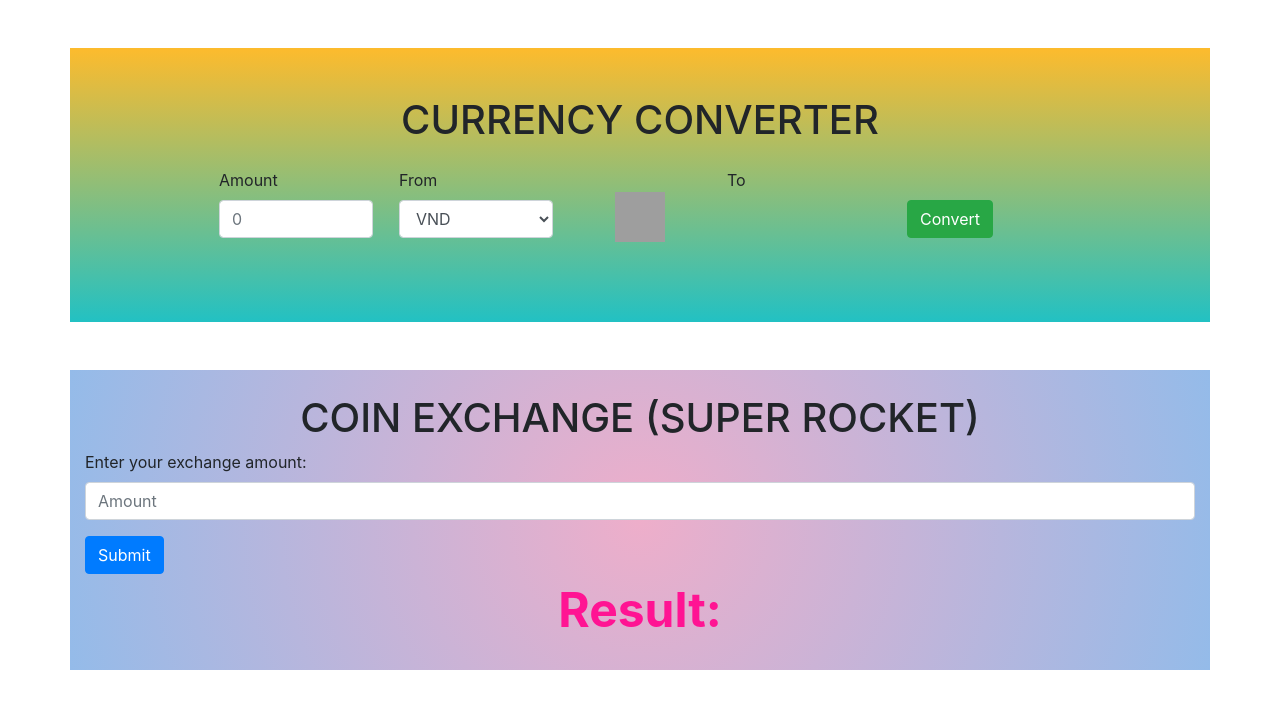
Repository: tts2610/MoneyConverter
Page: index.html
An editor plug-in stored every save of this project. The page is shown before and after the next save, followed by the edit.
The browser window is 1280 px wide. The pictures show the whole page.
Pictures or frames that could not be fetched are drawn as grey boxes.

Above is the page before, as saved 2020-05-12 15:01:56.

### index.html
<!DOCTYPE html>
<html lang="en">

<head>
    <meta charset="UTF-8">
    <meta name="viewport" content="width=device-width, initial-scale=1.0">
    <title>Document</title>
    <link rel="stylesheet" href="https://maxcdn.bootstrapcdn.com/bootstrap/4.4.1/css/bootstrap.min.css">

    <!-- jQuery library -->
    <script src="https://ajax.googleapis.com/ajax/libs/jquery/3.4.1/jquery.min.js"></script>

    <!-- Popper JS -->
    <script src="https://cdnjs.cloudflare.com/ajax/libs/popper.js/1.16.0/umd/popper.min.js"></script>

    <!-- Latest compiled JavaScript -->
    <script src="https://maxcdn.bootstrapcdn.com/bootstrap/4.4.1/js/bootstrap.min.js"></script>

</head>

<body>

    <form class="container my-5 px-5 py-5" style="
    background: rgb(34,193,195);
    background: linear-gradient(0deg, rgba(34,193,195,1) 0%, rgba(253,187,45,1) 100%);
">
        <h1 class="mx-auto" style="text-align: center;">CURRENCY CONVERTER</h1>
        <div class="form-row justify-content-md-center px-5 mx-5">
            <div class="col mt-3">
                <label>Amount</label>
                <input type="number" class="form-control" placeholder="0" id="amount" min="0">
            </div>
            <div class="col mt-3 ml-3">
                <label>From</label>
                <select class="form-control" id="fromCurrency">
            </select>
            </div>
            <div class="col mt-4 py-3" style="display: flex;justify-content: center; cursor: pointer;" onClick="swap()">
                <img src="https://cdn3.iconfinder.com/data/icons/basic-interface/100/update-512.png" width="50px" height="50px">
            </div>
            <div class="col mt-3">
                <label>To</label>
                <div id="toCurrency">
                    <!-- <div class="form-check">
                        <input class="form-check-input" type="radio">
                        <label class="form-check-label">
                          Default radio
                    </label>
                    </div>
                    <div class="form-check">
                        <input class="form-check-input" type="radio">
                        <label class="form-check-label">
                          Default radio
                    </label>
                    </div> -->
                </div>

                </select>

            </div>
            <div class="col mt-5 ml-3">
                <button type="button" class="btn btn-success" onClick="submitAmount()">Convert</button>
            </div>
        </div>
        <p id="result" style="color:deeppink; font-weight: 700; font-size: xxx-large; text-align: center;"></p>
    </form>
    <div class="container py-4" style="background: radial-gradient(circle, rgba(238,174,202,1) 0%, rgba(148,187,233,1) 100%);">
        <h1 style="text-align: center;">COIN EXCHANGE (SUPER ROCKET)</h1>
        <form>
            <div class="form-group">
                <label for="exampleInputEmail1">Enter your exchange amount:</label>
                <input type="number" min="0" class="form-control" id="coinExchange" placeholder="Amount">
            </div>
            <button type="button" class="btn btn-primary" onClick="exchange()">Submit</button>
            <div id="coinExchangeResult" style="color:deeppink; font-weight: 700; font-size: xxx-large; text-align: center;">Result:</div>
        </form>
    </div>



    <script src="js/script.js"></script>
    <script>
    </script>
</body>

</html>

### js/script.js
/*dic = {
    fromCurrency:{
        toCurrency:[currencyRatio,locale,currencySymbol],
        toCurrency:[currencyRatio,locale,currencySymbol],
        toCurrency:[currencyRatio,locale,currencySymbol],
        .....
    },
    fromCurrency:
        .....
}*/
let dic = {
    "vnd": { "usd": [1 / 23206, "en", "USD"], "jpy": [1 / 216.703, "ja-JP", "JPY"], "krw": [1 / 18.9136, "krw", "KRW"], "idr": [1 / 1.55505, "idr", "idr"], "eur": [1 / 25111, "de-DE", "EUR"], "vnd": [1, "vi", "VND"] },
    "usd": { "vnd": [23206, "vi", "VND"], "jpy": [107.297, "ja-JP", "JPY"], "krw": [1223.80, "krw", "KRW"], "idr": [14904, "idr", "idr"], "eur": [1 / 1.08207, "de-DE", "EUR"], "usd": [1, "en", "USD"] },
    "jpy": { "vnd": [216.703, "vi", "VND"], "usd": [1 / 107.297, "en", "USD"], "krw": [11.4099, "krw", "KRW"], "idr": [138.937, "idr", "idr"], "eur": [1 / 116.054, "de-DE", "EUR"], "jpy": [1, "ja-JP", "JPY"] },
    "krw": { "vnd": [18.9136, "vi", "VND"], "usd": [1 / 1224.06, "en", "USD"], "jpy": [1 / 11.4096, "ja-JP", "JPY"], "idr": [12.1833, "idr", "idr"], "eur": [1 / 1323.75, "de-DE", "EUR"], "krw": [1, "krw", "KRW"] },
    "idr": { "vnd": [1.55505, "vi", "VND"], "usd": [1 / 14910, "en", "USD"], "jpy": [1 / 138.985, "ja-JP", "JPY"], "krw": [1 / 12.1818, "krw", "KRW"], "eur": [1 / 16134.84, "de-DE", "EUR"], "idr": [1, "idr", "idr"] },
    "eur": { "vnd": [25081, "vi", "VND"], "usd": [1.08207, "en", "USD"], "jpy": [116.054, "ja-JP", "JPY"], "idr": [16129, "idr", "idr"], "krw": [1323.75, "krw", "KRW"], "eur": [1, "de-DE", "EUR"] },
}
let from = null;
let to = null;
let amount = 0;
var fromCurrency = null;
var toCurrency = null;
$(document).ready(function() {
    fromCurrency = document.getElementById("fromCurrency");
    toCurrency = document.getElementById("toCurrency");
    let selectList = Object.keys(dic);
    selectList.forEach(element => {
        var option = document.createElement("option");
        option.text = element.toUpperCase();
        fromCurrency.add(option);
    })
    selectList.forEach((element, i) => {
        // var div = document.createElement("div");
        // div.classList.add("form-check");
        // var input = document.createElement("input");
        // input.classList.add("form-check-input")
        // input.type = "radio"
        // if (i == 0) {
        //     input.checked = true;
        // }

        // var label = document.createElement("label");
        // label.classList.add("form-check-label");
        // label.innerHTML = element.toUpperCase();

        // div.appendChild(input);
        // div.appendChild(label);

        // // var option = document.createElement("option");
        // // option.text = element.toUpperCase();
        // radioElement = '<div class=\"form-check\"><input class=\"form-check-input\" type="radio" name="exampleRadios" id="exampleRadios1" value="option1"><label class="form-check-label" for="exampleRadios1" id="toCurrency">' + element.toUpperCase(); + '</label></div>';
        // toCurrency.append(div);
    })

});

function swap() {
    var x = fromCurrency.value;
    fromCurrency.value = toCurrency.value;
    toCurrency.value = x;
}

function submitAmount() {
    amount = document.getElementById("amount").value ? document.getElementById("amount").value : 0;
    from = fromCurrency.value.toLowerCase();
    to = toCurrency.value.toLowerCase();

    // reformating input
    let res = getValueFromDict(from, from);
    let formatedAmount = new Intl.NumberFormat(res[1], { style: 'currency', currency: res[2], maximumSignificantDigits: 3 }).format(amount)

    // set output
    document.getElementById("result").innerText = formatedAmount + " = " + convert(from, to);
}

// conversion
function convert(from, to) {
    let res = getValueFromDict(from, to);
    let outRes = (amount * res[0]);
    return new Intl.NumberFormat(res[1], { style: 'currency', currency: res[2], maximumSignificantDigits: 3 }).format(outRes);
}

function getValueFromDict(input1, input2) {
    let currencyRatio = dic[input1][input2][0];
    let locale = dic[input1][input2][1];
    let currency = dic[input1][input2][2];
    return [currencyRatio, locale, currency];
}


// SUPER ROCKET
function exchange() {
    // reset the result div
    document.getElementById("coinExchangeResult").innerHTML = "";

    let bills = [500000, 200000, 100000, 50000, 20000, 10000, 5000, 2000, 1000]
    let amount = parseInt(document.getElementById("coinExchange").value);
    while (amount) {
        bills.forEach(element => {
            let count = 0;
            while (amount >= element) {
                count++;
                amount = amount - element;
            }
            let wrapper = document.getElementById("coinExchangeResult");

            wrapper.innerHTML += '<div>' + count + " x " + element + "\n" + "</div>";
        });
    }
}

After the next save:
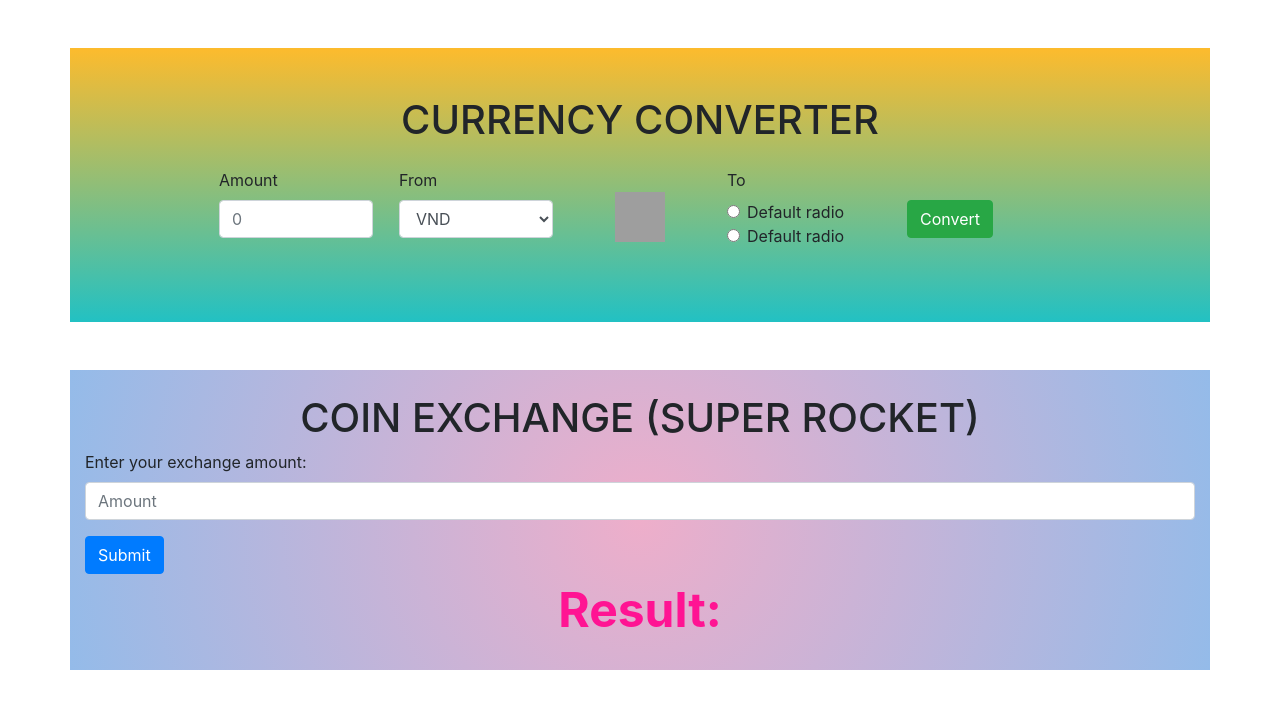
Saved 6 s later.
--- a/index.html
+++ b/index.html
@@ -41,7 +41,7 @@
             <div class="col mt-3">
                 <label>To</label>
                 <div id="toCurrency">
-                    <!-- <div class="form-check">
+                    <div class="form-check">
                         <input class="form-check-input" type="radio">
                         <label class="form-check-label">
                           Default radio
@@ -52,7 +52,7 @@
                         <label class="form-check-label">
                           Default radio
                     </label>
-                    </div> -->
+                    </div>
                 </div>
 
                 </select>
